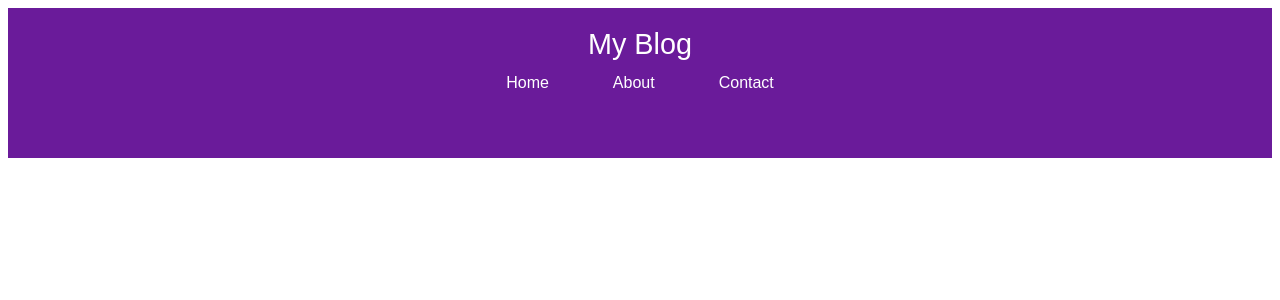
Repository: Femi007-gh/BLOG
Page: index.html
These files come from the project's save history. The page is drawn as it stood at one moment and after a run of saves; the edit follows.
The browser window is 1280 px wide. The pictures show the whole page.

Above is the page before, as saved 2025-01-08 07:33:43.

After the next 2 saves:
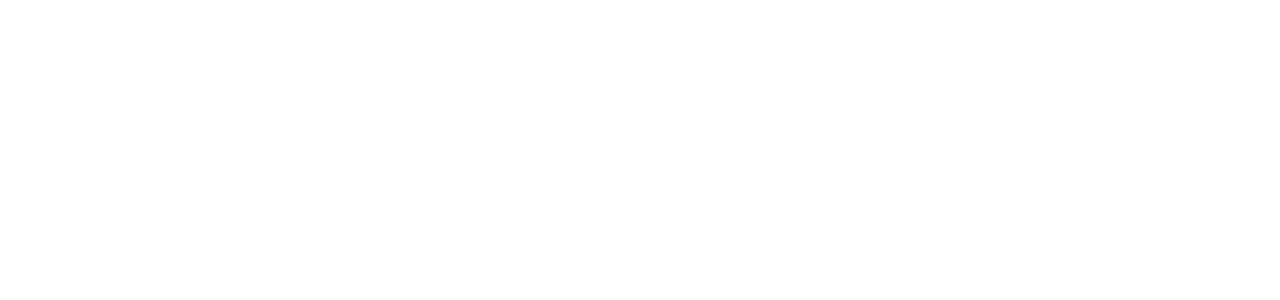
The 2 saves are shown as one change because they came seconds apart.
The last was saved 37 s later.
--- a/style.css
+++ b/style.css
@@ -1,5 +1,5 @@
 nav {
-      background-color: #6a1b9a;
+      background-color: ;
       height: 150px;
       flex-direction: column;
       display: flex;

After the save that followed:
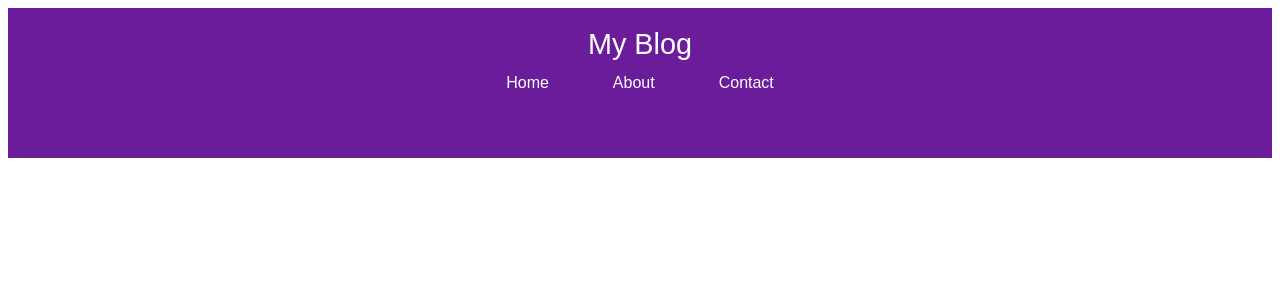
Saved 17 s later.
--- a/style.css
+++ b/style.css
@@ -1,5 +1,5 @@
 nav {
-      background-color: ;
+      background-color: 6B1C9B;
       height: 150px;
       flex-direction: column;
       display: flex;
